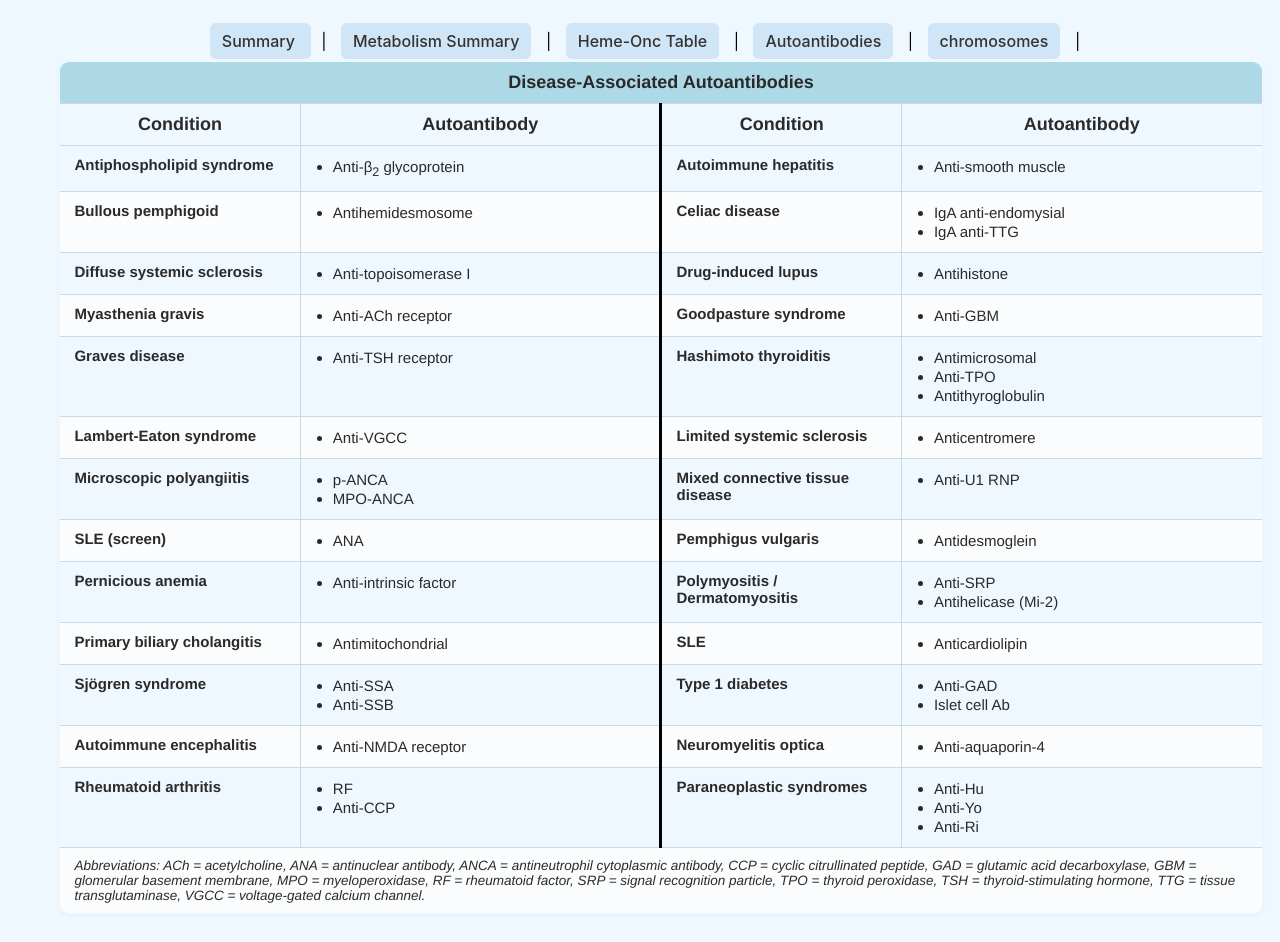
Repository: sharperdragon/STEVEL-1-Summaries
Page: subdex/autoantibodies.html
The author's editor kept a copy of each file at every save. The page is drawn from the files as they stood at one save, then again after the next save.
The browser window is 1280 px wide. The pictures show the whole page.

Above is the page before, as saved 2025-05-19 07:18:58.

### subdex/autoantibodies.html
<!DOCTYPE html>
<html lang="en">
<head>
    <meta charset="UTF-8">
    <meta name="viewport" content="width=device-width, initial-scale=1.0">
    <title>Summary tables</title>
    <link rel="stylesheet" href="/STEVEL-1-Summaries/static/style.css">
    <link rel="icon" href="/STEVEL-1-Summaries/subdex/metabolism.html">
</head>

<body>
  <nav style="margin: 10px 0; text-align: center;">
  <a href="index.html" class="nav-link"> Summary </a>   |
    <a href="subdex/metabolism.html" class="nav-link">Metabolism Summary</a> |
  <a href="subdex/hemeonc.html" class="nav-link">Heme-Onc Table</a> |
  <a href="subdex/autoantibodies.html" class="nav-link">Autoantibodies</a> |
  <a href="subdex/chromosomes.html" class="nav-link">chromosomes</a> |
</nav>
<div class="table-responsive">
<table class="autoantibody-table" border="1" cellspacing="0" cellpadding="6" style="border-collapse: collapse; width: 100%;">
  <thead>
    <tr>
      <th colspan="4" style="background-color: #add8e6; text-align: center; font-size: 1.2em;">
        <strong>Disease-Associated Autoantibodies</strong>
      </th>
    </tr>
    <tr>
      <th style="background-color: #f0f8ff; text-align: center;">Condition</th>
      <th style="background-color: #f0f8ff; text-align: center; border-right: 3px solid black;">Autoantibody</th>
      <th style="background-color: #f0f8ff; text-align: center;">Condition</th>
      <th style="background-color: #f0f8ff; text-align: center;">Autoantibody</th>
    </tr>
  </thead>
  <tbody>
    <tr>
      <td><strong>Antiphospholipid syndrome</strong></td>
      <td style="border-right: 3px solid black;"><ul><li>Anti-β<sub>2</sub> glycoprotein</li></ul></td>
      <td><strong>Autoimmune hepatitis</strong></td>
      <td><ul><li>Anti-smooth muscle</li></ul></td>
    </tr>
    <tr>
      <td><strong>Bullous pemphigoid</strong></td>
      <td style="border-right: 3px solid black;"><ul><li>Antihemidesmosome</li></ul></td>
      <td><strong>Celiac disease</strong></td>
      <td><ul><li>IgA anti-endomysial</li><li>IgA anti-TTG</li></ul></td>
    </tr>
    <tr>
      <td><strong>Diffuse systemic sclerosis</strong></td>
      <td style="border-right: 3px solid black;"><ul><li>Anti-topoisomerase I</li></ul></td>
      <td><strong>Drug-induced lupus</strong></td>
      <td><ul><li>Antihistone</li></ul></td>
    </tr>
    <tr>
      <td><strong>Myasthenia gravis</strong></td>
      <td style="border-right: 3px solid black;"><ul><li>Anti-ACh receptor</li></ul></td>
      <td><strong>Goodpasture syndrome</strong></td>
      <td><ul><li>Anti-GBM</li></ul></td>
    </tr>
    <tr>
      <td><strong>Graves disease</strong></td>
      <td style="border-right: 3px solid black;"><ul><li>Anti-TSH receptor</li></ul></td>
      <td><strong>Hashimoto thyroiditis</strong></td>
      <td><ul><li>Antimicrosomal</li><li>Anti-TPO</li><li>Antithyroglobulin</li></ul></td>
    </tr>
    <tr>
      <td><strong>Lambert-Eaton syndrome</strong></td>
      <td style="border-right: 3px solid black;"><ul><li>Anti-VGCC</li></ul></td>
      <td><strong>Limited systemic sclerosis</strong></td>
      <td><ul><li>Anticentromere</li></ul></td>
    </tr>
    <tr>
      <td><strong>Microscopic polyangiitis</strong></td>
      <td style="border-right: 3px solid black;"><ul><li>p-ANCA</li><li>MPO-ANCA</li></ul></td>
      <td><strong>Mixed connective tissue disease</strong></td>
      <td><ul><li>Anti-U1 RNP</li></ul></td>
    </tr>
    <tr>
      <td><strong>SLE (screen)</strong></td>
      <td style="border-right: 3px solid black;"><ul><li>ANA</li></ul></td>
      <td><strong>Pemphigus vulgaris</strong></td>
      <td><ul><li>Antidesmoglein</li></ul></td>
    </tr>
    <tr>
      <td><strong>Pernicious anemia</strong></td>
      <td style="border-right: 3px solid black;"><ul><li>Anti-intrinsic factor</li></ul></td>
      <td><strong>Polymyositis / Dermatomyositis</strong></td>
      <td><ul><li>Anti-SRP</li><li>Antihelicase (Mi-2)</li></ul></td>
    </tr>
    <tr>
      <td><strong>Primary biliary cholangitis</strong></td>
      <td style="border-right: 3px solid black;"><ul><li>Antimitochondrial</li></ul></td>
      <td><strong>SLE</strong></td>
      <td><ul><li>Anticardiolipin</li></ul></td>
    </tr>
    <tr>
      <td><strong>Sjögren syndrome</strong></td>
      <td style="border-right: 3px solid black;"><ul><li>Anti-SSA</li><li>Anti-SSB</li></ul></td>
      <td><strong>Type 1 diabetes</strong></td>
      <td><ul><li>Anti-GAD</li><li>Islet cell Ab</li></ul></td>
    </tr>
    <tr>
      <td><strong>Autoimmune encephalitis</strong></td>
      <td style="border-right: 3px solid black;"><ul><li>Anti-NMDA receptor</li></ul></td>
      <td><strong>Neuromyelitis optica</strong></td>
      <td><ul><li>Anti-aquaporin-4</li></ul></td>
    </tr>
    <tr>
      <td><strong>Rheumatoid arthritis</strong></td>
      <td style="border-right: 3px solid black;"><ul><li>RF</li><li>Anti-CCP</li></ul></td>
      <td><strong>Paraneoplastic syndromes</strong></td>
      <td><ul><li>Anti-Hu</li><li>Anti-Yo</li><li>Anti-Ri</li></ul></td>
    </tr>
    <tr>
      <td colspan="4" style="font-size: 90%; padding-top: 10px;">
        <em>Abbreviations: ACh = acetylcholine, ANA = antinuclear antibody, ANCA = antineutrophil cytoplasmic antibody, CCP = cyclic citrullinated peptide, GAD = glutamic acid decarboxylase, GBM = glomerular basement membrane, MPO = myeloperoxidase, RF = rheumatoid factor, SRP = signal recognition particle, TPO = thyroid peroxidase, TSH = thyroid-stimulating hormone, TTG = tissue transglutaminase, VGCC = voltage-gated calcium channel.</em>
      </td>
    </tr>
  </tbody>
</table>
</div>
</body>

### static/style.css
:root {
  --header-bg: #d0e5f5;
  --subheader-bg: #f7f9fa;
  --border-color: #ccd9e0;
  --strong-divider: #6c8ca3;
  --row-alt-bg: #fbfcfd;
  --text-color: #2a2a2a;
  --font: "Helvetica Neue", Helvetica, Arial, sans-serif;
  --base-font-size: 15px;
  --header-font-size: 18px;
}
body {max-width: 100vw;}

.autoantibody-table {
  max-width: 94vw;
  border-collapse: collapse;
  font-family: var(--font);
  color: var(--text-color);
  font-size: var(--base-font-size);
  border: 1px solid var(--border-color);
  border-radius: 10px;
  overflow: hidden;
  margin: 1vh 3vw 1vh 3vw;
  box-shadow: 0 2px 4px rgba(0, 0, 0, 0.04);
}

.autoantibody-table th,
.autoantibody-table td {
  padding: 10px 14px;
  border: 1px solid var(--border-color);
  vertical-align: top;
  text-align: left;
}

/* Header styling */
.autoantibody-table thead th {
  background-color: var(--header-bg);
  font-size: var(--header-font-size);
  font-weight: 600;
  text-align: center;
}

/* Alternate row background */
.autoantibody-table tbody tr:nth-child(even) {
  background-color: var(--row-alt-bg);
}

/* Strong divider between antibody (col 2) and condition (col 3) */
.autoantibody-table td:nth-child(2) {
  border-right: 3px solid var(--strong-divider);
}

/* Condition columns emphasis */
.autoantibody-table td:nth-child(1),
.autoantibody-table td:nth-child(3) {
  font-weight: 500;
  width: 20%;
}

/* Antibody columns can expand more */
.autoantibody-table td:nth-child(2),
.autoantibody-table td:nth-child(4) {
  width: 30%;
}

/* Bullet list formatting */
.autoantibody-table ul {
  margin: 0;
  padding-left: 18px;
}

.autoantibody-table li {
  margin: 2px 0;
}

/* Responsive font scaling — enlarged */
@media (max-width: 1024px) {
  :root {
    --base-font-size: 15px;
    --header-font-size: 17px;
  }
}

@media (max-width: 768px) {
  :root {
    --base-font-size: 14px;
    --header-font-size: 16px;
  }
}

@media (max-width: 480px) {
  :root {
    --base-font-size: 13px;
    --header-font-size: 15px;
  }
}
body {
    font-family: "Rubik", -apple-system, system-ui, BlinkMacSystemFont, Segoe UI, Roboto, Helvetica, Arial, sans-serif;
    margin: 20px;
    padding: 1px;
    max-width: -webkit-fill-available;
    background-color: aliceblue;
}

.container {
    max-width: 98vw;
    margin: 3% auto;
    padding: 2%;
    background: #ffffff;
    border-radius: 8px;
    box-shadow: 0 4px 6px rgba(0, 0, 0, 0.1);
    display: flex;
    flex-direction: column; /* Stacks items vertically */
    align-items: unset; /* Centers items horizontally */
    gap: 3px; /* Adds consistent spacing */
}

h1 {
    text-align: center;
    color: #333333;
    padding: 1%;
}

label {
    font-weight: bold;
    margin: 0;
    display: block;
    padding: 1px;
}

textarea {
    width: 95%;
    margin-bottom: 10px;
    min-height:150px;
    padding: 10px;
    border: 1px solid #ddd;
    border-radius: 8px;
    padding: 1%;
    max-width: -webkit-fill-available;
}

/* Fix all divs to maintain consistent height */
div {
    position: relative; /* Prevents hover effects from changing layout */

}

/* Button Styles */
button {
    background-color: #007bff;
    display: inline-flex;
    gap: 10px;
    color: white;
    border: none;
    padding: 10px 15px;
    border-radius: 15px;
    cursor: pointer;
    font-size: 105%;
    box-shadow: 0 5px 10px rgba(0, 0, 0, 0.2);
    transition: transform 0.2s ease, box-shadow 0.2s ease;
    position: relative; /* Lock button in place */
    box-sizing: border-box; /* Ensure padding and border don't affect size */
    z-index: 1; /* Ensure hover effects stay above other elements */
    margin: 10px;
}

/* Hover effect without shifting elements */
button:hover {
    background-color: #0c66c6;
    color: offwhite;
    box-shadow: 0 8px 12px rgba(0, 0, 0, 0.3);
    transform: translateY(2px); /* Hover effect without affecting layout */
}

div#selection_buttons {
    display: flex;
    justify-content: space-between;
    align-items: center;
    width: 95%;
    margin: 0 0 1px 0;
    margin-top: 4px;
}

#mode_section {
    position: absolute;  /* Fixed positioning */
    top: 2px;
    right: 4px;
    width: 75px;         /* 🔒 Lock width */
    height: 20px;         /* 🔒 Lock height */
    background-color: #f9fbff;
    border: 2px solid #cee1fe;
    border-radius: 8px;
    padding: 4px 7px;
    font-size: 95%;
    opacity: 0.6;
    transition: background-color 0.3s ease, opacity 0.3s ease;
    display: flex;
    align-items: center;
    justify-content: center;
    z-index: 200;
}

#mode_section:hover {
    opacity: 1;
    background-color: #e8f0ff;
    border-top-left-radius:0px;
    border-bottom-left-radius:0px;
    border-left: none;
}

#mode_section span {
    font-weight: bold;
    pointer-events: none; /* So only the container triggers hover */
}
/* Hide the options by default */
.options_container {
    display: none;
    position: absolute;
    top: -2px;  /* below the #mode_section */
    right: 89px;
    /* background-color: white; */
    box-shadow: 0 6px 10px rgba(0, 0, 0, 0.1);
    padding: 0px;
    border-radius: 8px;
    z-index: 300;
    flex-direction: column;
    gap: 0;
    object-fit:contain;
    /* min-width: 120px; */
}

/* Reveal on hover without affecting layout */
#mode_section:hover .options_container {
    display: flex;
    border-top-right-radius:0px;
    border: 1px solid #d0e3ff;
    overflow:hidden;
}

.field_option {
    position: relative;
    overflow: hidden;
    cursor: pointer;
    font-size: 16px;
    transition: background-color 0.2s ease, transform 0.1s ease;
    background-color: #ffffff;
    padding: 10px 14px;
    border-radius: 0px;
    box-shadow: 0 -px 8px rgba(0, 0, 0, 0.1);
    margin: 0.2px 0;
    width: 60px;
    overflow:hidden;
}

.field_option:hover {
    background-color: #e0ecff;
    overflow:hidden;
}

.field_option:active {
    background-color: #d0dcf5;
    transform: scale(0.96);
    overflow:hidden;
}

.selected_field_option {
    background-color: #b9cdf9 !important;
    color: #003366;
    font-weight: bold;
}




/* Container for question list */
div#question_list {
    display: flex;
    flex-wrap: wrap; /* Allow wrapping of items to next row */
    gap: 10px; /* Space between items */
    overflow-x: auto; /* Enable horizontal scrolling */
    overflow-y: hidden; /* Disable vertical overflow */
    width: 95%;
    padding: 10px;
    box-sizing: border-box;
    border: 1px solid #b7d7fa;
    border-radius: 10px;
    min-height: 100px; /* Set a fixed height */
    max-height:60vh;
    overflow:auto;
}

/* Styling for each individual label (checkbox item) */
#question_list label {
    display: flex;
    align-items: center;
    justify-content: flex-start;
    box-sizing: border-box;
    padding: 1px 2px;
    background-color: #f9f9f9;
    border: 1px solid #ddd;
    border-radius: 5px;
    cursor: pointer;
    width: fit-content; /* 10 questions per row, adjust the width accordingly */
    min-width: 230px;
    word-wrap: normal; /* Break long words if necessary */
    max-height: 38px;
    padding: 8px 2px;
}
#question_list label span.id {
    padding-right:4px;
}

/* Ensures the checkboxes and text are aligned correctly */
#question_list input[type="checkbox"] {
    margin-right: 10px; /* Space between checkbox and text */
}

/* Styling for the question number */
.number {
    margin-right: 8px; /* Adjust the space between the number and ID */
}

.id {
    opacity: 0.7; /* Maintain the desired opacity for the question ID */
}

#copy_button {
    margin-left: auto;
}


/* Updated history section */
div#history_section {
    display: flex;
    gap: 10px;
    align-items: flex-start;
    margin-bottom: 10px;
}

div#history_section > div {
    flex: 1;
}

div#history_section > div > label {
    margin: 0;
}

div#history_section > div > select {
    width: 100%;
}

#history_select {
    padding: 8px;
    font-size: 100%;
    border-radius: 8px;
    border: 1px solid #ddd;
    background-color: #fff;
    box-shadow: 0 2px 4px rgba(0,0,0,0.05);
    transition: border-color 0.3s ease, box-shadow 0.3s ease;
}

#history_select:focus {
    border-color: #007bff;
    outline: none;
    box-shadow: 0 0 5px rgba(0,123,255,0.5);
}

.input-history-wrapper {
    display: flex;
    flex-direction: column;
    gap: 8px;
    margin-bottom: 12px;
}

.sticky-history {
    position: static;
    z-index: auto;
    background-color: white;
    padding-top: 4px;
    padding-bottom: 8px;
}

.history-feedback {
    position: relative;
    right: 0;
    top: -10px;
    font-size: 14px;
    color: green;
    animation: floatUpFade 0.7s ease forwards;
    pointer-events: none;
    user-select: none;
    z-index: 1000;
    white-space: nowrap;
}

/* Subtle button press animation */
button:active {
    transform: translateY(1px);
    box-shadow: 0 3px 6px rgba(0, 0, 0, 0.2);
}

/* Make Clear History button a bit smaller and softer */
#clear_history_button {
    background: linear-gradient(to bottom, #ffffff, #f0f0f5);
    color: #007aff;
    border: 1px solid #d1d1d6;
    border-radius: 12px;
    font-weight: 500;
    font-size: 90%;
    padding: 6px 10px;
    cursor: pointer;
    transition: background 0.3s ease, transform 0.2s ease;
    margin-left: 5px;
    margin-top: 5px;
}

#clear_history_button:hover {
    background: #e5e5ea;
}

.ripple {
    position: relative;
    width: 10px;
    height: 10px;
    background: rgba(0, 123, 255, 0.4);
    opacity: 1;
    border-radius: 50%;
    transform: scale(0);
    animation: ripple-animation 0.6s linear;
    pointer-events: none;
    z-index: 0;
}

@keyframes ripple-animation {
    to {
        transform: scale(15);
        opacity: 0;
    }
}

.nav-link {
  margin: 0 10px;
  padding: 8px 12px;
  background-color: #d0e5f5;
  text-decoration: none;
  color: #333;
  border-radius: 6px;
  font-weight: 500;
}
.nav-link:hover {
  background-color: #add8e6;
}

After the next save:
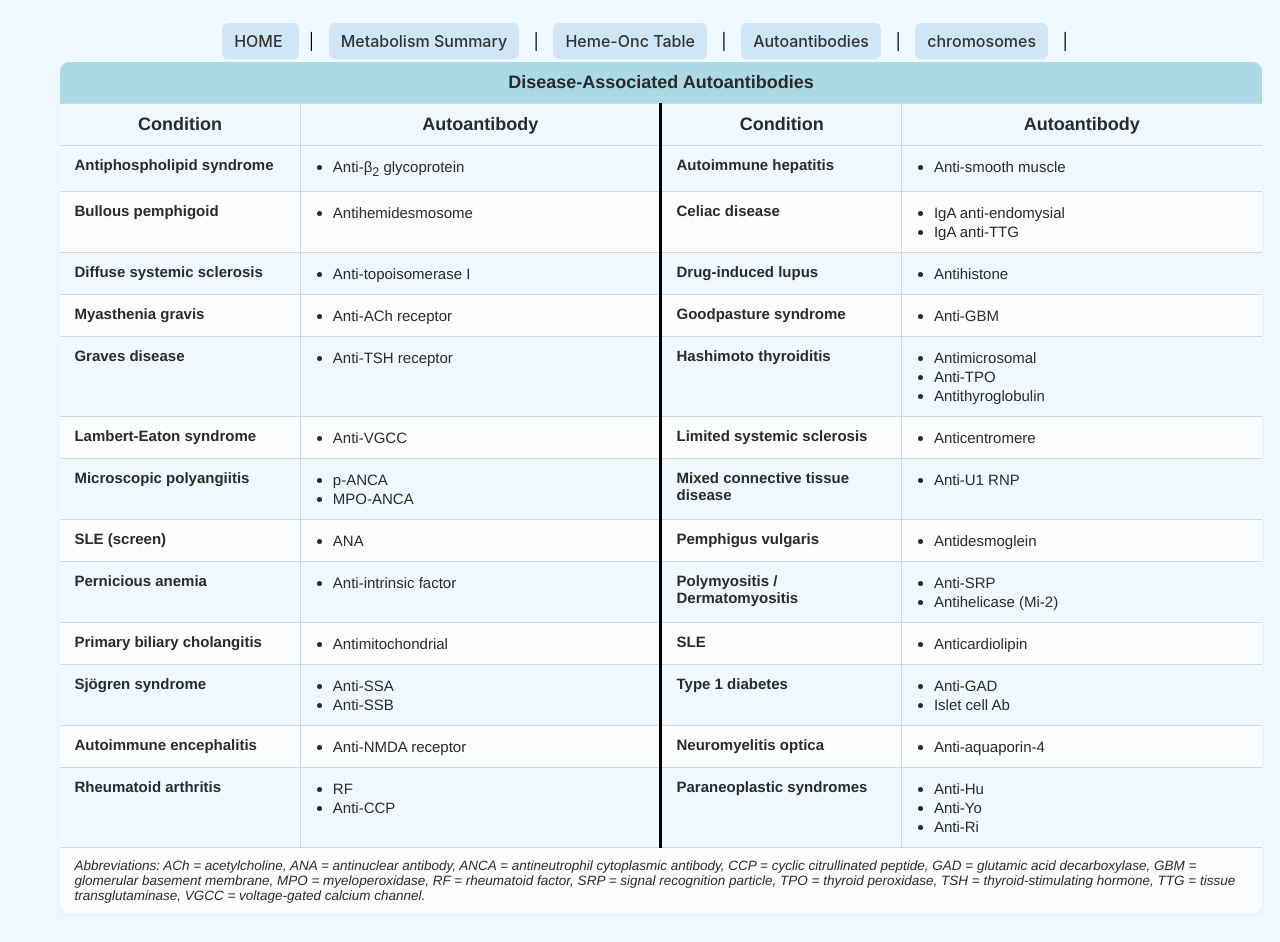
Saved 5 s later.
--- a/subdex/autoantibodies.html
+++ b/subdex/autoantibodies.html
@@ -10,7 +10,7 @@
 
 <body>
   <nav style="margin: 10px 0; text-align: center;">
-  <a href="index.html" class="nav-link"> Summary </a>   |
+  <a href="index.html" class="nav-link"> HOME </a>   |
     <a href="subdex/metabolism.html" class="nav-link">Metabolism Summary</a> |
   <a href="subdex/hemeonc.html" class="nav-link">Heme-Onc Table</a> |
   <a href="subdex/autoantibodies.html" class="nav-link">Autoantibodies</a> |
